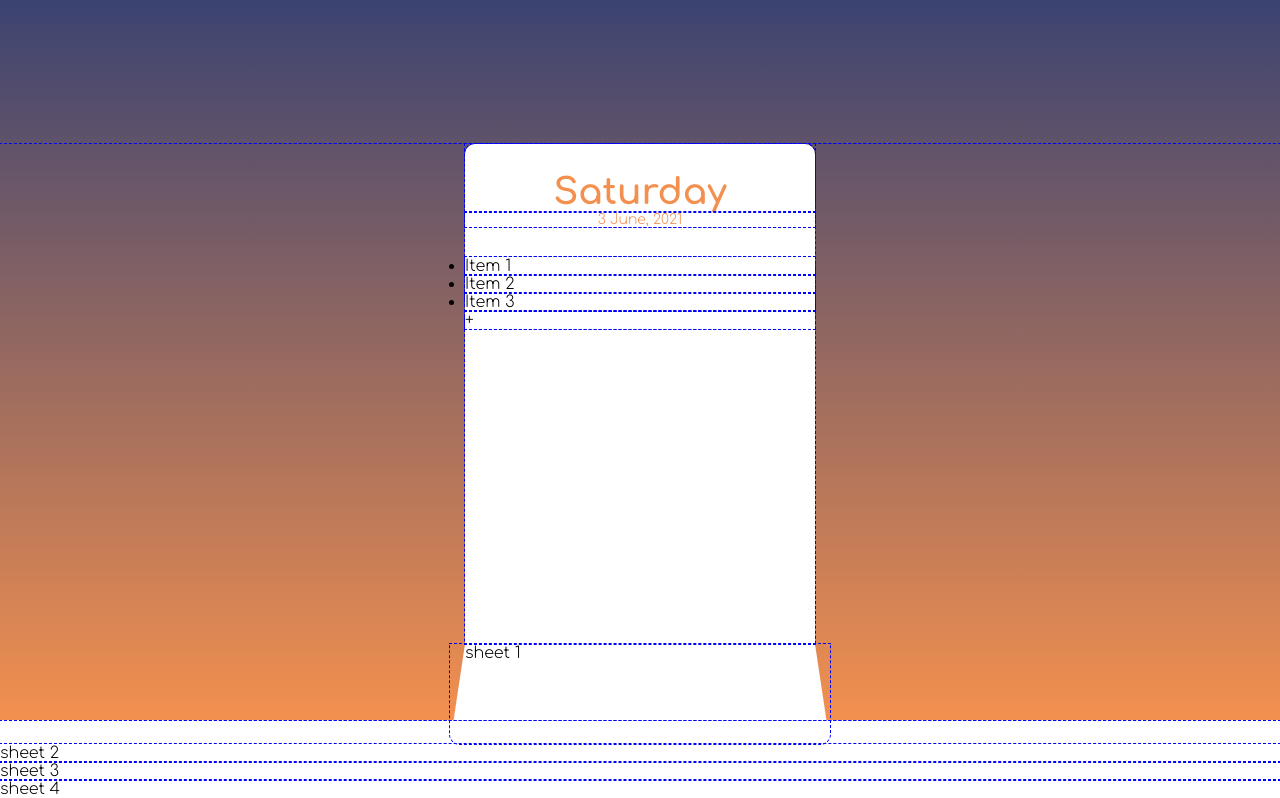
Repository: Colo-Codes/mini-projects
Page: todo-app/index.html
An editor plug-in stored every save of this project. The page is shown before and after the next save, followed by the edit.
The browser window is 1280 px wide. The pictures show the whole page.

Above is the page before, as saved 2021-07-04 11:32:23.

### todo-app/index.html
<!DOCTYPE html>
<html lang="en">
    <head>
        <meta charset="UTF-8" />
        <meta http-equiv="X-UA-Compatible" content="IE=edge" />
        <meta name="viewport" content="width=device-width, initial-scale=1.0" />
        <link rel="stylesheet" href="./css/index.css" />
        <title>Mini-Project - ToDo app</title>
    </head>
    <body>
        <div class="changing-background">
            <main class="todo">
                <section id="todo--header">
                    <header>Saturday</header>
                    <p>3 June, 2021</p>
                </section>
                <section id="todo--tasks-list">
                    <ul>
                        <li class="todo--tasks-list--item">Item 1</li>
                        <li class="todo--tasks-list--item">Item 2</li>
                        <li class="todo--tasks-list--item">Item 3</li>
                    </ul>
                </section>
                <section id="todo--footer">
                    <p>+</p>
                </section>
            </main>
            <div id="sheet-1-3d">sheet 1</div>
            <div id="sheet-2-3d">sheet 2</div>
            <div id="sheet-3-3d">sheet 3</div>
            <div id="sheet-4-3d">sheet 4</div>
        </div>
    </body>
</html>

### todo-app/css/index.css
@import url('https://fonts.googleapis.com/css2?family=Comfortaa:wght@300;700&display=swap');

/* Initial reset */

html {
    box-sizing: border-box;
    font-size: 16px;
}

*,
*:before,
*:after {
    box-sizing: inherit;
    margin: 0;
    padding: 0;
    outline: 1px dashed blue; /* Debugging purposes */
}

body {
    font-family: 'Comfortaa', cursive;
    background: #f3904f; /* fallback for old browsers */
    background: -webkit-linear-gradient(
        to bottom,
        #3b4371,
        #f3904f
    ); /* Chrome 10-25, Safari 5.1-6 */
    background: linear-gradient(
        to bottom,
        #3b4371,
        #f3904f
    ); /* W3C, IE 10+/ Edge, Firefox 16+, Chrome 26+, Opera 12+, Safari 7+ */
    background-repeat: no-repeat;
    background-size: cover;
    height: 80vh;
}

.todo {
    margin: auto;
    margin-top: 20vh;
    width: 350px;
    height: 500px;
    background-color: white;
    border-radius: 10px 10px 0 0;
}

#sheet-1-3d {
    width: 380px;
    height: 95px;
    margin: auto;
    border-radius: 0 0 10px 10px;
    /* trapezoidal shape */
    border-bottom: 100px solid white;
    border-left: 15px solid transparent;
    border-right: 15px solid transparent;
    /* height: 0; */
    /* width: 100px; */
}

#todo--header header {
    padding-top: 1.75rem;
    font-size: 2.25rem;
    font-weight: 700;
    text-align: center;
    color: #f3904f;
}

#todo--header p {
    font-size: 0.875rem;
    text-align: center;
    color: #f3904f;
}

#todo--tasks-list {
    margin-top: 1.875rem;
}

After the next save:
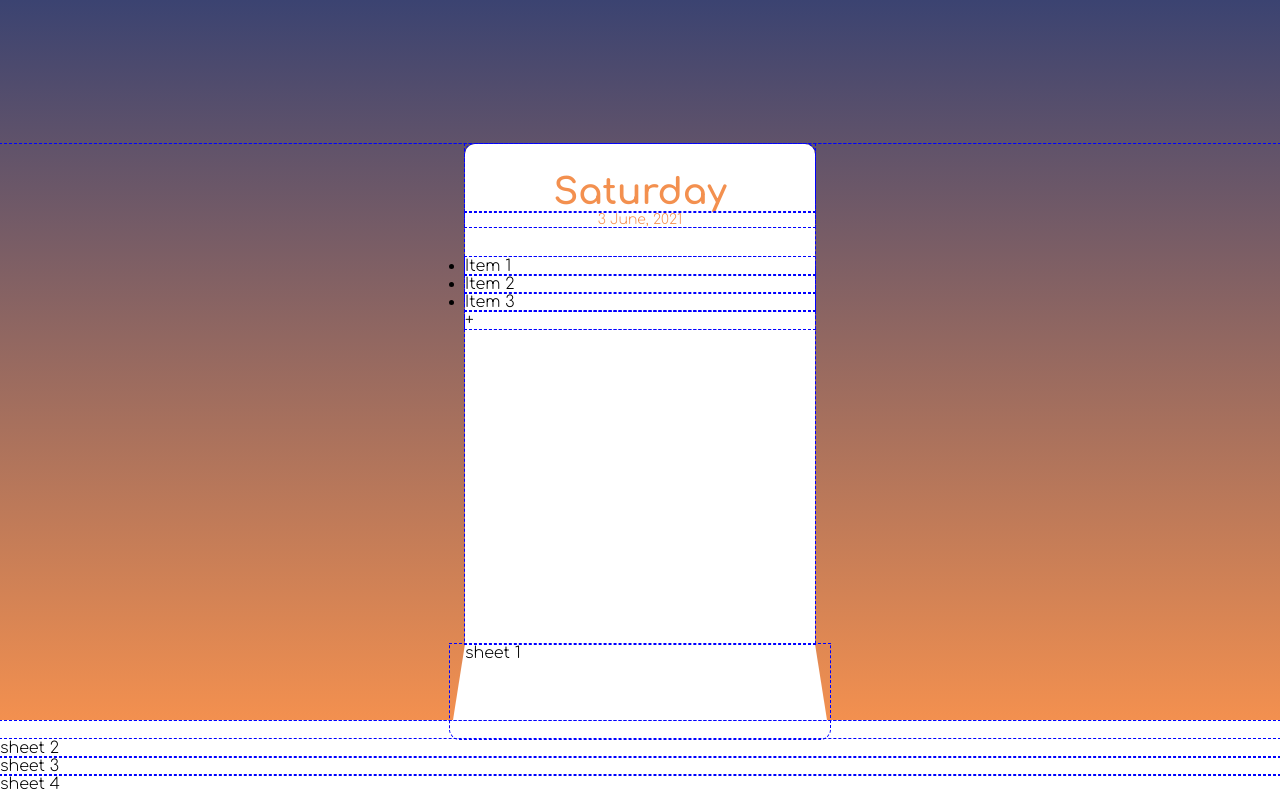
Saved 19 s later.
--- a/todo-app/css/index.css
+++ b/todo-app/css/index.css
@@ -49,7 +49,7 @@ body {
     margin: auto;
     border-radius: 0 0 10px 10px;
     /* trapezoidal shape */
-    border-bottom: 100px solid white;
+    border-bottom: 95px solid white;
     border-left: 15px solid transparent;
     border-right: 15px solid transparent;
     /* height: 0; */
